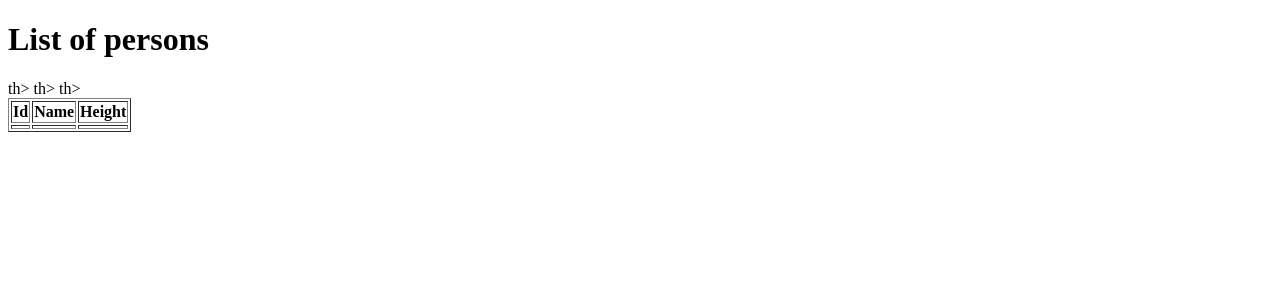
Repository: vinaykn1988/f
Page: http://localhost/13_JSTL/display.jsp
An editor plug-in stored every save of this project. The page is shown before and after the next save, followed by the edit.
The browser window is 1280 px wide. The pictures show the whole page.
The page is served by Tomcat 9.

Above is the page before, as saved 2015-10-16 07:21:15.

After the next save:
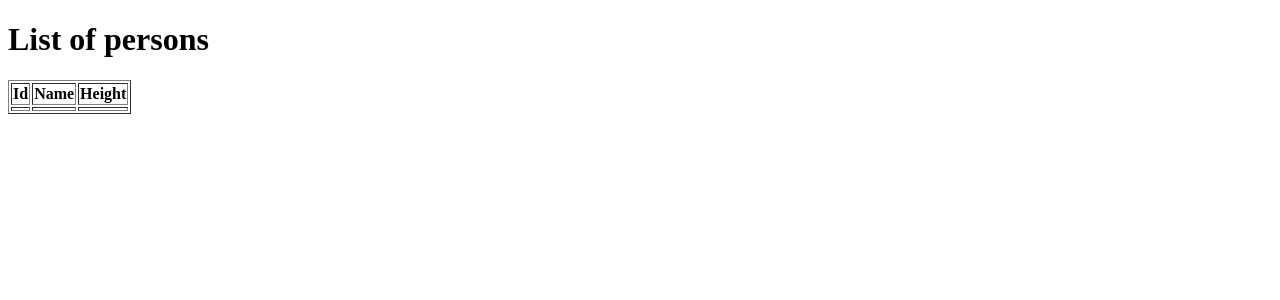
Saved 21 s later.
--- a/full/CoreJava/13 JSTL/WebContent/display.jsp
+++ b/full/CoreJava/13 JSTL/WebContent/display.jsp
@@ -12,9 +12,9 @@
 
 	<thead>
 		<tr>
-			<th>Id</th>th>
-			<th>Name</th>th>
-			<th>Height</th>th>
+			<th>Id</th>
+			<th>Name</th>
+			<th>Height</th>
 		</tr>
 	</thead>
 	<tbody>
